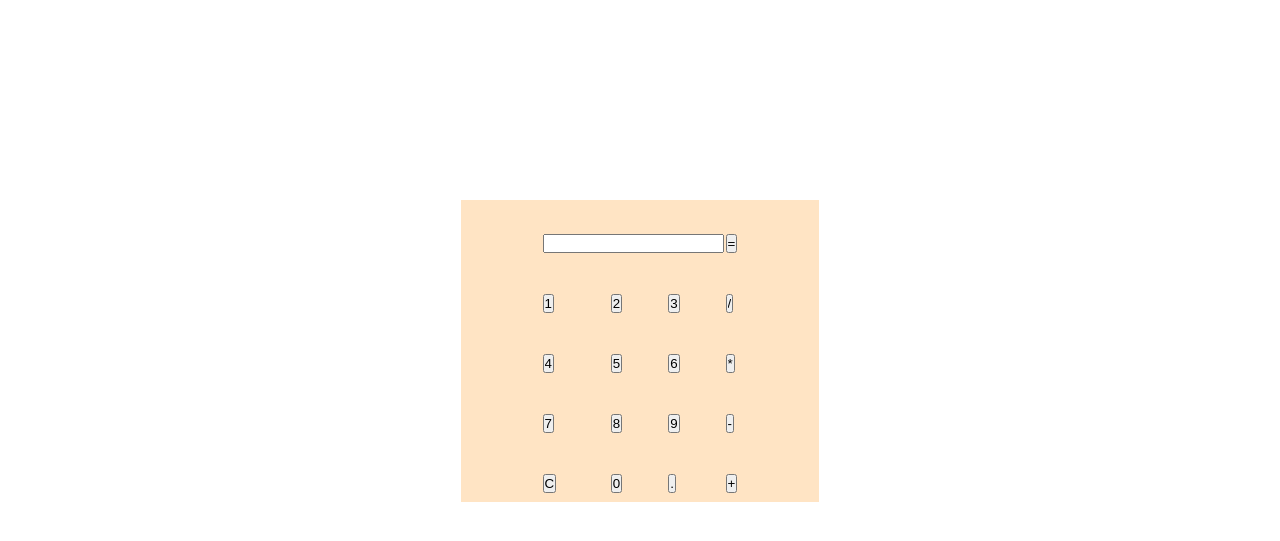
Repository: Seryozha02/CalculatorAndStopwatch
Page: calculator.html
These files come from the project's save history. The page is drawn as it stood at one moment and after the next save; the edit follows.
The browser window is 1280 px wide. The pictures show the whole page.

Above is the page before, as saved 2022-10-03 00:22:51.

### calculator.html
<!DOCTYPE html>
<html lang="en">
  <head>
    <meta charset="UTF-8" />
    <meta http-equiv="X-UA-Compatible" content="IE=edge" />
    <meta name="viewport" content="width=device-width, initial-scale=1.0" />
    <link rel="stylesheet" href="calculator.css" />
    <title>Calculator</title>
  </head>
  <body>
    <table id="calculator">
      <tr>
        <td colspan="3"><input class="display-box" type="text" id="result"/></td>
        <td><input type="button" value="=" onclick="calculate()" id="btn"></td>
      </tr>
      <tr>
        <td><input type="button" value="1" onclick="display(('1'))" /></td>
        <td><input type="button" value="2" onclick="display(('2'))" /></td>
        <td><input type="button" value="3" onclick="display(('3'))" /></td>
        <td><input type="button" value="/" onclick="display(('/'))" /></td>
      </tr>
      <tr>
        <td><input type="button" value="4" onclick="display(('4'))"></td>
        <td><input type="button" value="5" onclick="display(('5'))"></td>
        <td><input type="button" value="6" onclick="display(('6'))"></td>
        <td><input type="button" value="*" onclick="display(('*'))"></td>
      </tr>
      <tr>
        <td><input type="button" value="7" onclick="display(('7'))"></td>
        <td><input type="button" value="8" onclick="display(('8'))"></td>
        <td><input type="button" value="9" onclick="display(('9'))"></td>
        <td><input type="button" value="-" onclick="display(('-'))"></td>
      </tr>
      <tr>
      <td><input type="button" value="C" onclick="cleareScreen()" id="btn"></td>
      <td><input type="button" value="0" onclick="display(('0'))"></td>
      <td><input type="button" value="." onclick="display(('.'))"></td>
      <td><input type="button" value="+" onclick="display(('+'))"></td>
    </tr>
    </table>
  </body>
  <script src="calculator.js"></script>
</html>

### calculator.css
* {
    margin: 0;
    padding: 0;
    text-decoration: none;
    box-sizing: border-box;
}

#calculator {
    background-color: bisque;
    margin: 0 auto;
    margin-top: 200px;
    padding: 0 80px;
    font-size: 50px;
}

Loaded but not shown: calculator.js (no copy from this time; the picture is the same without it)

After the next save:
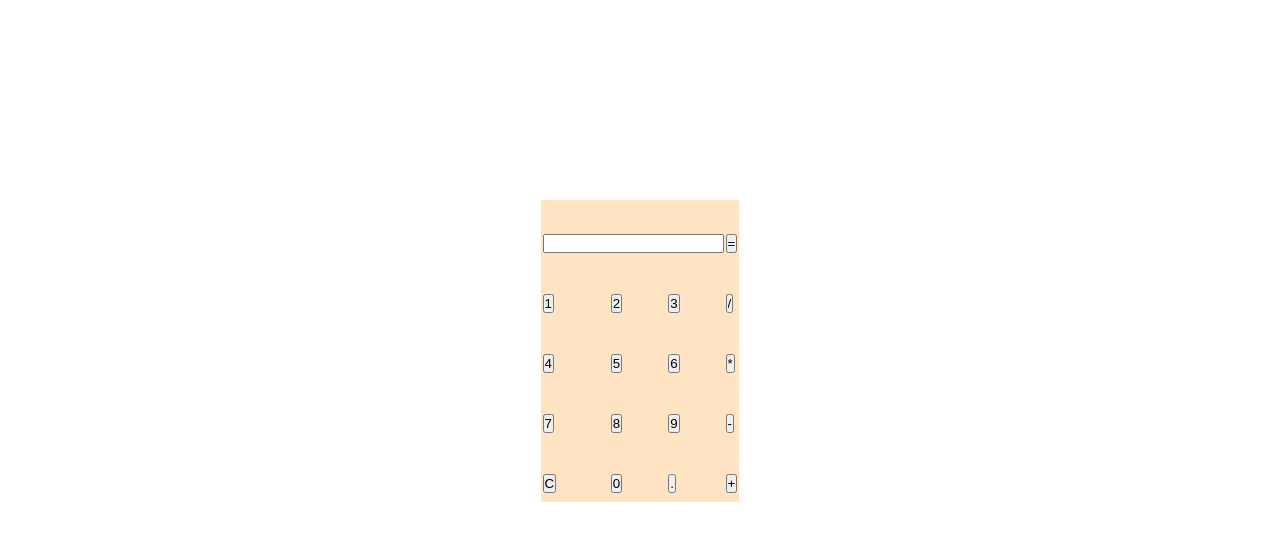
Saved 5 s later.
--- a/calculator.css
+++ b/calculator.css
@@ -9,6 +9,6 @@
     background-color: bisque;
     margin: 0 auto;
     margin-top: 200px;
-    padding: 0 80px;
+    padding: 80 80px;
     font-size: 50px;
 }

After the save that followed:
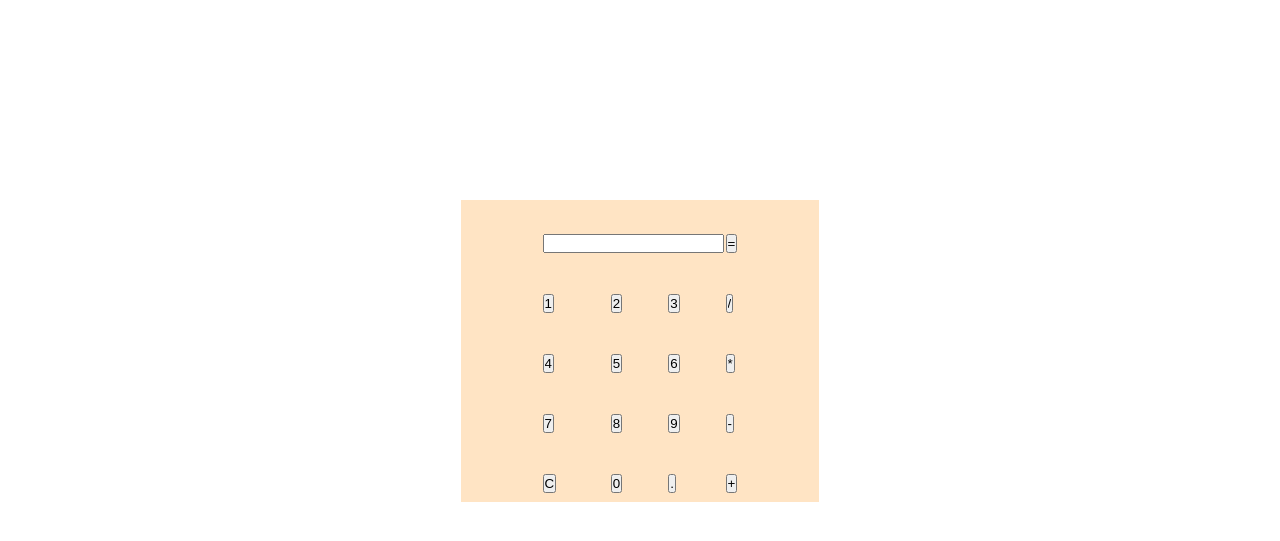
Saved 4 s later.
--- a/calculator.css
+++ b/calculator.css
@@ -9,6 +9,6 @@
     background-color: bisque;
     margin: 0 auto;
     margin-top: 200px;
-    padding: 80 80px;
+    padding: 0 80px;
     font-size: 50px;
 }
